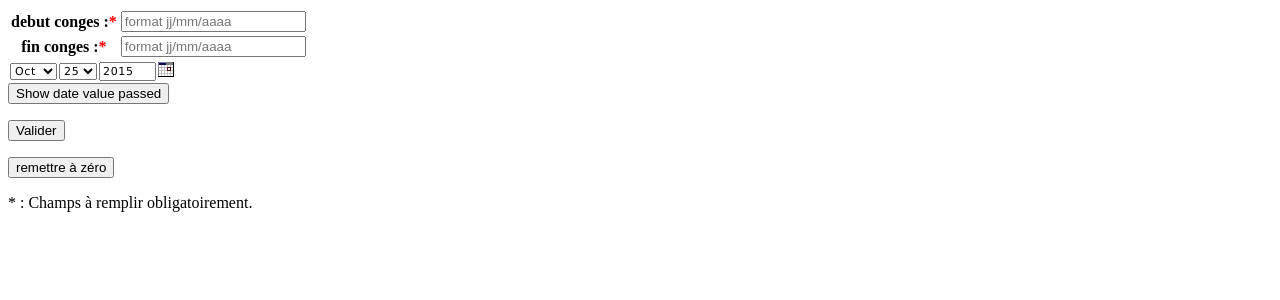
Repository: Iankills/TB-IR331
Page: http://localhost/gestConges_WebGUI/nouveau_conges.jsp
An editor plug-in stored every save of this project. The page is shown before and after the next save, followed by the edit.
The browser window is 1280 px wide. The pictures show the whole page.
The page is served by Tomcat 9.

Above is the page before, as saved 2015-10-29 09:33:06.

After the next save:
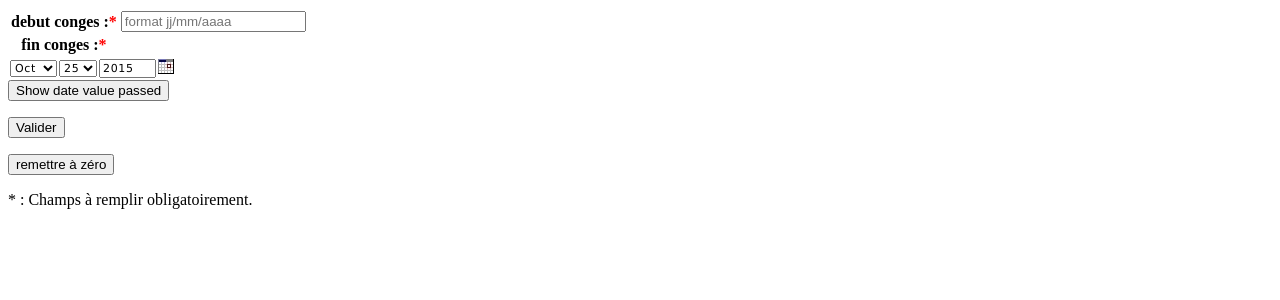
Saved 4 min 32 s later.
--- a/workspace-gestconges/gestConges_WebGUI/WebContent/nouveau_conges.jsp
+++ b/workspace-gestconges/gestConges_WebGUI/WebContent/nouveau_conges.jsp
@@ -30,7 +30,7 @@
 
 			<tr>
 				<th>fin conges :<font color="red">*</font></th>
-			    <td><input type="text" name='finconges' placeholder="format jj/mm/aaaa" /></td>
+			    <!-- <td><input type="text" name='finconges' placeholder="format jj/mm/aaaa" /></td> -->
 				</td>
 			</tr>
 		</table>
